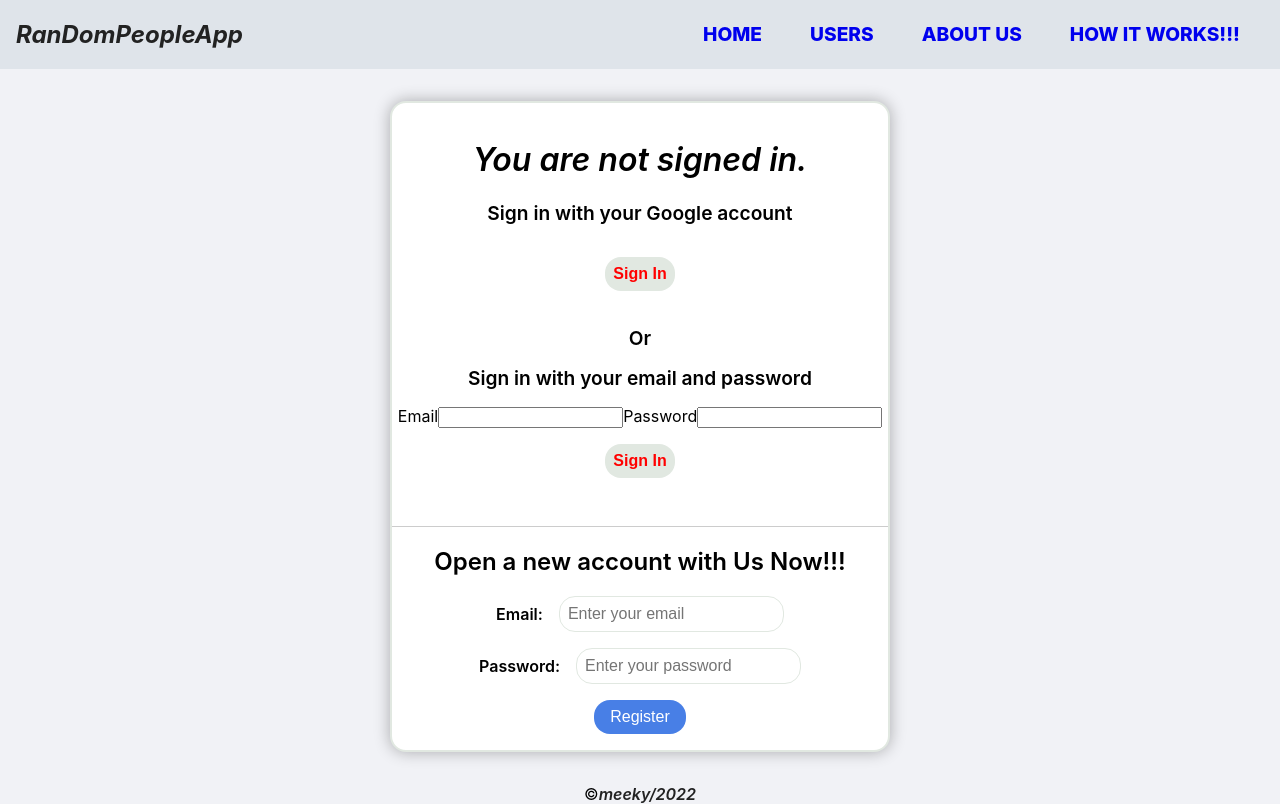
Repository: MikkyPrestige/RandomProfiles
Page: /profileDisplay
An editor plug-in stored every save of this project. The page is shown before and after the next save, followed by the edit.
The browser window is 1280 px wide. The pictures show the whole page.
The page's requests for data from a server got no answer. The project was rebuilt for these pictures with package versions that can differ from the ones it lists, and the page was loaded fresh each time. Some packages were replaced by stand-ins written for this rebuild. No one was signed in, and anything a server would have sent is missing. Also part of the build but not shown: src/assets/styles/home.css, src/components/home.jsx, src/components/users.jsx, src/assets/styles/search.css, src/components/search.jsx, src/assets/styles/help.css, src/components/help.jsx, src/assets/styles/about.css and 5 more.

Above is the page before, as saved 2022-12-03 03:01:53.

### public/index.html
<!DOCTYPE html>
<html lang="en">

<head>
  <meta charset="utf-8" />
  <link rel="icon" href="%PUBLIC_URL%/favicon.ico" />
  <meta name="viewport" content="width=device-width, initial-scale=1" />
  <meta name="theme-color" content="#000000" />
  <meta name="description" content="Web site created using create-react-app" />
  <link rel="apple-touch-icon" href="%PUBLIC_URL%/logo192.png" />
  <!--
      manifest.json provides metadata used when your web app is installed on a
      user's mobile device or desktop. See https://developers.google.com/web/fundamentals/web-app-manifest/
    -->
  <link rel="manifest" href="%PUBLIC_URL%/manifest.json" />
  <!--
      Notice the use of %PUBLIC_URL% in the tags above.
      It will be replaced with the URL of the `public` folder during the build.
      Only files inside the `public` folder can be referenced from the HTML.

      Unlike "/favicon.ico" or "favicon.ico", "%PUBLIC_URL%/favicon.ico" will
      work correctly both with client-side routing and a non-root public URL.
      Learn how to configure a non-root public URL by running `npm run build`.
    -->
  <title>AltSchool Assignment 2</title>
</head>

<body>
  <noscript>You need to enable JavaScript to run this app.</noscript>
  <div id="root"></div>
  <!--
      This HTML file is a template.
      If you open it directly in the browser, you will see an empty page.

      You can add webfonts, meta tags, or analytics to this file.
      The build step will place the bundled scripts into the <body> tag.

      To begin the development, run `npm start` or `yarn start`.
      To create a production bundle, use `npm run build` or `yarn build`.
    -->
</body>

</html>

### src/index.css
body {
  margin: 0;
  font-family: -apple-system, BlinkMacSystemFont, 'Segoe UI', 'Roboto', 'Oxygen',
    'Ubuntu', 'Cantarell', 'Fira Sans', 'Droid Sans', 'Helvetica Neue',
    sans-serif;
  -webkit-font-smoothing: antialiased;
  -moz-osx-font-smoothing: grayscale;
  background-color: #f1f2f6;
}

code {
  font-family: source-code-pro, Menlo, Monaco, Consolas, 'Courier New',
    monospace;
}

### src/App.jsx
import * as React from "react";
import { ErrorBoundary } from "react-error-boundary";
import { Route, Routes } from "react-router-dom";
import {
  Layout,
  Home,
  Users,
  Search,
  Help,
  About,
  Error,
  ErrorFallBack,
  Profile,
  ProfileDisplay,
  Footer,
} from "./components";

const App = () => {
  return (
    <div className="App">
      <main>
        <ErrorBoundary FallbackComponent={ErrorFallBack}>
          <Layout />
          <Routes>
            <Route path="/" element={<Home />} />
            <Route path="users">
              <Route index element={<Users />} />
              <Route path=":id" element={<Search />} />
            </Route>
            <Route path="profile" element={<Profile />} />
            <Route path="profileDisplay" element={<ProfileDisplay />} />
            <Route path="help" element={<Help />} />
            <Route path="about" element={<About />} />
            <Route path="*" element={<Error />} />
          </Routes>
        </ErrorBoundary>
        <Footer />
      </main>
    </div>
  );
};

export default App;

### src/components/index.js
export { default as Layout } from "./layout";
export { default as Home } from "./home";
export { default as Users } from "./users";
export { default as Search } from "./search";
export { default as Help } from "./help";
export { default as About } from "./about";
export { default as Error } from "./error";
export { default as ErrorFallBack } from "./errorFallback";
export { default as Profile } from "./profile";
export { default as ProfileDisplay } from "./profileDisplay";
export { Footer } from "./avatar";

### src/components/layout.jsx
// LAYOUT COMPONENT - This component is for the App Layout that displays the Navigation bar in the app UI to the user when app is open

import { NavLink } from "react-router-dom";
import "../assets/styles/layout.css";

const CustomNavLink = ({ to, ...props }) => {
  let activeStyle = {
    textDecoration: 'underline',
    color: 'red',
  };

  return (
    <NavLink
      style={({ isActive }) =>
        isActive ? activeStyle : { textDecoration: 'none' }
      }
      to={to}
      end
      {...props}
    />
  );
};


const Layout = () => {

  return (
    <nav className="layout">
      <div className="app-header">
        <h1>RanDomPeopleApp</h1>
      </div>
      <div className="nav__items">
        <CustomNavLink to="/" className="nav__item">Home</CustomNavLink>
        <CustomNavLink to="profile" className="nav__item">Users</CustomNavLink>
        <CustomNavLink to="about" className="nav__item">About us</CustomNavLink>
        <CustomNavLink to="help" className="nav__item">How it works!!!</CustomNavLink>
      </div>
    </nav>
  );
}

export default Layout;

### src/components/profileDisplay.jsx
import { useEffect, useState } from "react";
import {
  auth,
  provider,
  signInWithRedirect,
  onAuthStateChanged,
  createUserWithEmailAndPassword,
  signInWithEmailAndPassword,
  sendPasswordResetEmail,
  signOut,
  deleteUser,
} from "../config";
import { Avatar } from "./avatar";

const ProfileDisplay = () => {
  const [user, setUser] = useState(null);

  const [email, setEmail] = useState("");
  const [password, setPassword] = useState("");
  const [error, setError] = useState("");

  const [registerEmail, setRegisterEmail] = useState("");
  const [registerPassword, setRegisterPassword] = useState("");
  const [registerError, setRegisterError] = useState("");

  useEffect(() => {
    onAuthStateChanged(auth, (user) => {
      if (user) {
        setUser(user);
      } else {
        setUser(null);
      }
    });
  }, []);

  // handle register form
  const handleRegister = (e) => {
    e.preventDefault();
    createUserWithEmailAndPassword(auth, registerEmail, registerPassword)
      .then(() => {
        // Signed in
        console.log("User account created & signed in!");
      })
      .catch((registerError) => {
        if (registerError.code === "auth/email-already-in-use") {
          setRegisterError("This email address is already in use!");
        }
        if (registerError.code === "auth/invalid-email") {
          setRegisterError("This email address is invalid!");
        }
        if (registerError.code === "auth/weak-password") {
          setRegisterError("Password should be at least 6 characters");
        }
        console.error(registerError);
      });
  };

  // handle sign In
  const signIn = (e) => {
    e.preventDefault();
    signInWithRedirect(auth, provider);
  };

  // sign in with email and password
  const handleSignIn = (e) => {
    e.preventDefault();
    signInWithEmailAndPassword(auth, email, password)
      .then(() => {
        console.log("User signed in!");
      })
      .catch((error) => {
        if (error.code === "auth/wrong-password") {
          setError("Wrong password!");
        }
        if (error.code === "auth/user-not-found") {
          setError("User not found!");
        }
        console.error(error);
      });
  };

  // Send a password reset email
  const handlePasswordReset = (e) => {
    e.preventDefault();
    sendPasswordResetEmail(auth, email)
      .then(() => {
        console.log("Password reset email sent!");
      })
      .catch((error) => {
        const errorCode = error.code;
        const errorMessage = error.message;
        console.error(errorCode, errorMessage);
      });
  };

  // handle sign out
  const handleSignOut = (e) => {
    e.preventDefault();
    signOut(auth)
      .then(() => {
        console.log("User signed out!");
      })
      .catch((error) => {
        console.error(error);
      });
  };

  // handle delete user
  const handleDelete = (e) => {
    e.preventDefault();
    deleteUser(auth.currentUser)
      .then(() => {
        console.log("User deleted!");
      })
      .catch((error) => {
        console.error(error);
      });
  };

  return (
    <div className="profile">
      <div className="profile__container">
        <div className="profile__desc">
          {user ? (
            <div className="profile__user">
              <h1 className="profile__title">Profile Display</h1>
              <Avatar
                image={user.photoURL}
                style={{ width: "10rem", height: "10rem", borderRadius: "50%" }}
              />
              <p className="profile__detail">
                <strong>Signed in account name: </strong>
                {user.displayName}
              </p>
              <p className="profile__detail">
                <strong>Signed in email: </strong>
                {user.email}
              </p>
              <div className="btn__wrapper">
                <button onClick={handleSignOut} className="btn">
                  Sign Out
                </button>
                <button
                  type="submit"
                  onClick={handlePasswordReset}
                  className="btn"
                >
                  Send Password Reset Email
                </button>
                <button onClick={handleDelete} className="btn">
                  Delete Account
                </button>
              </div>
            </div>
          ) : (
            <div className="profile__user">
              <div className="sign__wrapper">
                <h1 className="profile__title">You are not signed in.</h1>
                <h2 className="sign__heading">
                  Sign in with your Google account
                </h2>
                <button onClick={signIn} className="btn">
                  Sign In
                </button>
                <p className="sign__heading">Or</p>
                <h2 className="sign__heading">
                  Sign in with your email and password
                </h2>
                <form onSubmit={handleSignIn} className="form">
                  <div className="form__group">
                    <label htmlFor="email" className="form__label">
                      Email
                    </label>
                    <input
                      type="email"
                      name="email"
                      id="email"
                      value={email}
                      onChange={(e) => setEmail(e.target.value)}
                      className="form__input"
                    />

                    <label htmlFor="password" className="form__label">
                      Password
                    </label>
                    <input
                      type="password"
                      name="password"
                      id="password"
                      value={password}
                      onChange={(e) => setPassword(e.target.value)}
                      className="form__input"
                    />

                    <button type="submit" className="btn">
                      Sign In
                    </button>

                    {error && <p className="error">{error}</p>}
                  </div>
                </form>
              </div>
              <div className="register__container">
                <h2 className="register__title">
                  Open a new account with Us Now!!!
                </h2>
                <form onSubmit={handleRegister} className="register__form">
                  <div className="register__group">
                    <label htmlFor="email" className="register__label">
                      Email:
                    </label>
                    <input
                      type="email"
                      name="email"
                      value={registerEmail}
                      placeholder="Enter your email"
                      onChange={(e) => setRegisterEmail(e.target.value)}
                      className="register__input"
                    />
                  </div>
                  <div className="register__group">
                    <label htmlFor="password" className="register__label">
                      Password:
                    </label>
                    <input
                      type="password"
                      name="password"
                      placeholder="Enter your password"
                      value={registerPassword}
                      onChange={(e) => setRegisterPassword(e.target.value)}
                      className="register__input"
                    />
                  </div>
                  {registerError && (
                    <p className="error">{registerError}</p>
                  )}
                  <button type="submit" className="sign__btn">
                    Register
                  </button>

                  {/* <p className="register__text">
                    Already have an account?{" "}
                    <Link to="/login" className="register__link">
                      Sign In
                    </Link>
                  </p> */}
                  {/* <p className="register__text">
                    Forgot your password?{" "}
                    <Link to="/reset" className="register__link">
                      Reset Password
                    </Link>
                  </p> */}
                  {/* <p className="register__text">
                    Don't have an account?{" "}
                    <Link to="/register" className="register__link">
                      Register
                    </Link>
                  </p> */}
                  {/* <p className="register__text">
                    <Link to="/" className="register__link">
                      Back to Home
                    </Link>
                  </p> */}
                </form>
              </div>
            </div>
          )}
        </div>
      </div>
    </div>
  );
};

export default ProfileDisplay;

### src/components/avatar.jsx
// AVATAR COMPONENT - This component is for the Images used in the app.

import "../assets/styles/layout.css";

export const Avatar = ({ image = "", alt = "", style = {} }) => {
  return (
    <div className="avatar">
      <img src={image} alt={alt} style={style} />
    </div>
  );
};

// FOOTER COMPONENT - for the attribution

export const Footer = () => {
  return (
    <div className="attribution">
      <footer>
        &copy;
        <a
          href="https://github.com/MeekyBerry"
          target="_blank"
          rel="noreferrer"
          className="footer"
        >
          meeky/2022
        </a>
      </footer>
    </div>
  );
};

### src/assets/styles/layout.css
.layout {
  background-color: #dfe4ea;
  padding: 0rem 1rem;
  color: #222;
  display: flex;
  align-items: center;
  justify-content: space-between;
}

.app-header {
  font-style: italic;
}

.nav__items {
  display: flex;
  align-items: center;
  list-style: none;
  flex-wrap: wrap;
}

.nav__item {
  font-size: 1.2rem;
  font-weight: 800;
  padding: 1rem 1.5rem;
  text-transform: uppercase;
}

.attribution {
  text-align: center;
}

.footer {
  color: #222;
  text-decoration: none;
  cursor: pointer;
  font-style: italic;
  font-weight: 600;
}

### src/assets/styles/users.css
.users {
  background-color: #fff;
  border: 1px solid #ccc;
  border-radius: 0.5rem;
  padding: 1rem;
  margin: 1rem;
}

.users__heading {
  text-align: center;
  text-transform: uppercase;
  font-size: 1.5rem;
  font-weight: bold;
  margin-bottom: 1rem;
}

/* TOP BUTTON  */
.top__btn {
  display: flex;
  justify-content: space-between;
  align-items: center;
  margin-bottom: 1rem;
}

.cta {
  background-color: #fff;
  border: 1px solid #ccc;
  border-radius: 1rem;
  padding: 0.5rem;
  margin: 1rem;
  font-size: 1rem;
  font-weight: bold;
  cursor: pointer;
}

.page__num {
  background-color: #7fffd4;
  color: #fff;
  border: none;
  border-radius: 50%;
  padding: 0.5rem;
  font-size: 1.5rem;
  font-weight: bold;
  cursor: pointer;
}

.users__list {
  list-style: none;
  padding: 2rem;
  margin: 1rem auto;
  width: 85%;
  display: grid;
  grid-template-columns: repeat(3, minmax(200px, 1fr));
  grid-gap: 3rem;
}

.user__items {
  padding: 1rem;
  border-bottom: 1px solid #ccc;
}

.user__item {
  background-color: #fff;
  border: 1px solid #ccc;
  border-radius: 0.5rem;
  padding: 1rem;
}

.user__img {
  width: 80%;
  border-radius: 10%;
  margin-left: 1rem;
}

/* BUTTON BELOW */
.bottom__btn {
  display: flex;
  justify-content: center;
  align-items: center;
}

.btn {
  background-color: #1e90ff;
  color: #f1f2f6;
  border: none;
  border-radius: 1rem;
  padding: 0.5rem 1rem;
  margin: 1rem;
  font-size: 1rem;
  font-weight: bold;
  cursor: pointer;
}

.active:hover {
  background-color: #ced6e0;
  color: #1e90ff;
}

.active:active {
  background-color: #70a1ff;
  color: #ced6e0;
}

.btn__array {
  padding: 0.5rem;
  margin: 0.5rem;
  font-size: 1rem;
  font-weight: bold;
  border-radius: 0.5rem;
  border: none;
  cursor: pointer;
}

.pagination {
  text-align: center;
}

.search__box {
  display: flex;
  justify-content: center;
  align-items: center;
}

.search__link {
  background-color: #fff;
  border: 1px solid #ccc;
  color: #1e90ff;
  border-radius: 1rem;
  width: 18rem;
  padding: 0.5rem;
  margin: 1rem;
  font-size: 1rem;
  font-weight: bold;
  cursor: pointer;
  text-align: center;
  text-decoration: none;
  animation: search 1s ease-in-out infinite;
}

.search__link:hover {
  background-color: #1e90ff;
  color: #fff;
  animation: none;
}

.search__link:active {
  background-color: #70a1ff;
  color: #fff;
  animation: none;
}

@keyframes search {
  0% {
    transform: scale(1);
  }

  50% {
    transform: scale(1.2);
  }

  100% {
    transform: scale(1);
  }
}

### src/config/index.js
// Import the functions you need from the SDKs you need
import { initializeApp } from "firebase/app";
import {
  getAuth,
  signInWithRedirect,
  GoogleAuthProvider,
  getRedirectResult,
  onAuthStateChanged,
  createUserWithEmailAndPassword,
  signInWithEmailAndPassword,
  sendPasswordResetEmail,
  updatePassword,
  signOut,
  deleteUser,
} from "firebase/auth";

// web app's Firebase configuration
const firebaseConfig = {
  apiKey: "AIzaSyCfrfw6chi091bWLqJvanxAUTxgJ5XqEu0",
  authDomain: "random-people-app.firebaseapp.com",
  projectId: "random-people-app",
  storageBucket: "random-people-app.appspot.com",
  messagingSenderId: "1097586453252",
  appId: "1:1097586453252:web:4575afe7663a752ae77e51",
};

// Initialize Firebase
const app = initializeApp(firebaseConfig);
// Setup Google auth provider
const provider = new GoogleAuthProvider();

const auth = getAuth();

export {
  app,
  provider,
  auth,
  signInWithRedirect,
  getRedirectResult,
  onAuthStateChanged,
  createUserWithEmailAndPassword,
  signInWithEmailAndPassword,
  sendPasswordResetEmail,
  updatePassword,
  signOut,
  deleteUser,
};

### src/assets/styles/profile.css
.profile {
  padding: 2rem;
  height: 100%;
}

.or {
  font-size: 1.5rem;
  color: #7fffd4;
  font-weight: bold;
  margin: 1rem 0;
}

.profile__container {
  display: flex;
  flex-direction: column;
  align-items: center;
  justify-content: center;
}

.profile__desc {
  text-align: center;
  max-width: 500px;
  width: 100%;
}

.profile__user {
  background-color: #fff;
  border: 2px solid #e1e8e1;
  border-radius: 1rem;
  box-shadow: 0 0 1rem rgba(0, 0, 0, 0.3);
  padding: 1rem 0;
}

.profile__title {
  font-size: 2rem;
  font-weight: 600;
  font-style: oblique;
}

.profile__detail {
  font-size: 1.2rem;
  font-weight: 400;
}

.btn__wrapper {
  display: flex;
  justify-content: center;
  align-items: center;
  gap: 5rem;
  margin-top: 2rem;
}

.btn {
  background-color: #e1e8e1;
  color: red;
  border: none;
  border-radius: 1rem;
  padding: .5rem;
  font-size: 1rem;
  cursor: pointer;
}

.btn:hover {
  background-color: #d1d8d1;
  color: #0651ddbb;
}

.btn:active {
  background-color: #c1c8c1;
  color: #0651ddbb;
}

.sign__btn {
  background-color: #0651ddbb;
  color: #fff;
  border: none;
  border-radius: 1rem;
  padding: .5rem 1rem;
  font-size: 1rem;
  cursor: pointer;
}

.sign__btn:hover {
  background-color: #0651dd;
  color: #fff;
}

.sign__btn:active {
  background-color: #0651dd;
  color: #fff;
}

.sign__heading {
  font-size: 1.2rem;
  font-weight: 600;
  text-align: center;
  margin-bottom: 1rem;
}

.sign__form {
  display: flex;
  flex-direction: column;
  justify-content: center;
  align-items: center;
}

.sign__label {
  font-size: 1rem;
  font-weight: 600;
  margin-bottom: .5rem;
}

.sign__input {
  border: 1px solid #e1e8e1;
  border-radius: 1rem;
  padding: .5rem;
  font-size: 1rem;
  margin-bottom: 1rem;
}

.sign__input:focus {
  outline: none;
}

.register__container {
  margin-top: 2rem;
  border-top: 1px solid #ccc;
}

.register__title {
  font-size: 1.5rem;
  font-weight: 600;
}

.register__group {
  display: flex;
  justify-content: center;
  align-items: center;
  gap: 1rem;
  margin: 1rem;
}

.register__label {
  font-size: 1rem;
  font-weight: 600;
}

.register__input {
  border: 1px solid #e1e8e1;
  border-radius: 1rem;
  padding: .5rem;
  font-size: 1rem;
}

.register__input:focus {
  outline: none;
}

.error {
  color: red;
  font-size: 1rem;
  font-weight: 600;
  margin-top: -.8rem;
}

Loaded but not shown: src/index.js (common file)

After the next save:
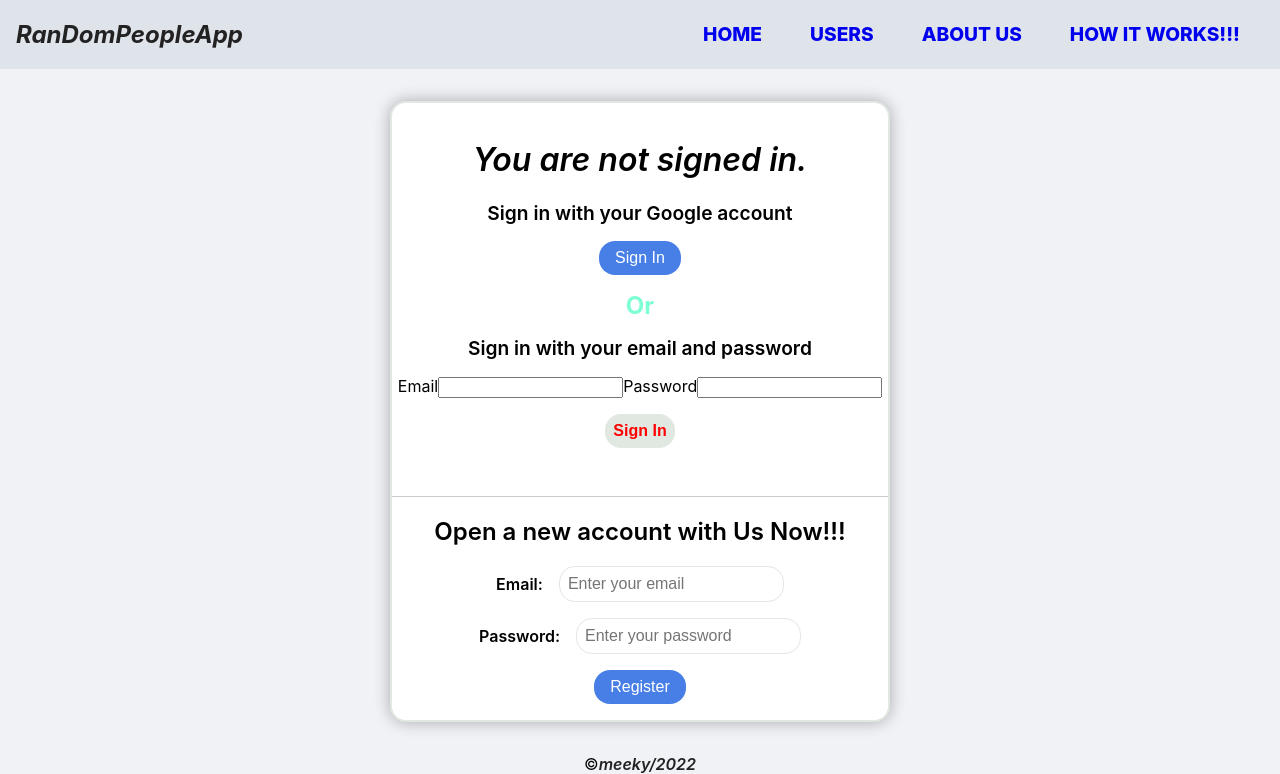
Saved 116 s later.
--- a/src/components/profileDisplay.jsx
+++ b/src/components/profileDisplay.jsx
@@ -159,10 +159,10 @@ const ProfileDisplay = () => {
                 <h2 className="sign__heading">
                   Sign in with your Google account
                 </h2>
-                <button onClick={signIn} className="btn">
+                <button onClick={signIn} className="sign__btn">
                   Sign In
                 </button>
-                <p className="sign__heading">Or</p>
+                <p className="or">Or</p>
                 <h2 className="sign__heading">
                   Sign in with your email and password
                 </h2>
